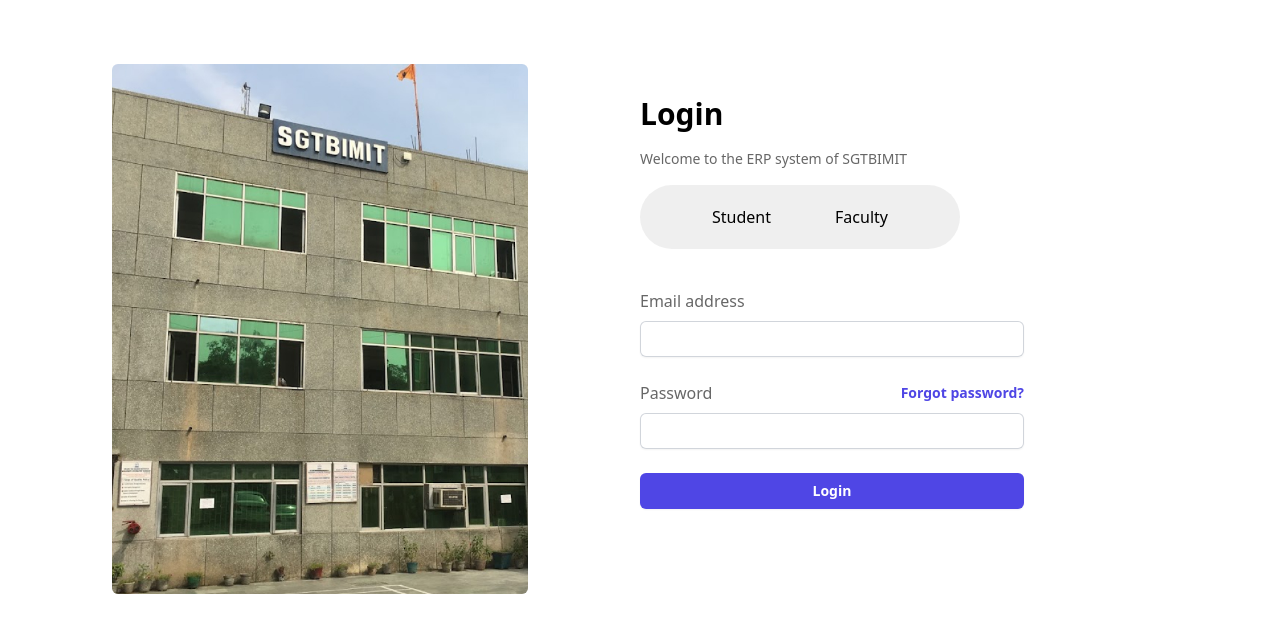
Repository: SehajBindra/SGTBIMIT-ERP-Client
Page: /StudentLogin
The author's editor kept a copy of each file at every save. The page is drawn from the files as they stood at one save, then again after the next save.
The browser window is 1280 px wide. The pictures show the whole page.
The project was rebuilt for these pictures with package versions that can differ from the ones it lists, and the page was loaded fresh each time. Also part of the build but not shown: src/LOGIN/Login.js, src/LOGIN/FACULTY/FacultyLogin.js, src/STUDENT_PAGE/StuBody.js, src/STUDENT_PAGE/StuSidebar.js, src/STUDENT_PAGE/StuHeader.js, src/STUDENT_PAGE/StudentHome.js, src/FACULTY_PAGE/FacBody.js, src/FACULTY_PAGE/FacHeader.js and 2 more.

Above is the page before, as saved 2023-05-14 16:03:26.

### src/App.js
import React from 'react';
import { BrowserRouter as Router, Routes, Route } from "react-router-dom";
import './App.css';
import Login from './LOGIN/Login';
import StudentLogin from './LOGIN/STUDENT/StudentLogin';
import FacultyLogin from './LOGIN/FACULTY/FacultyLogin';
import StuBody from './STUDENT_PAGE/StuBody';
import StudentHome from './STUDENT_PAGE/StudentHome';
import StuSidebar from './STUDENT_PAGE/StuSidebar';
import StuHeader from './STUDENT_PAGE/StuHeader';
import FacBody from './FACULTY_PAGE/FacBody';
import FacHeader from './FACULTY_PAGE/FacHeader';
import FacSidebar from './FACULTY_PAGE/FacSidebar';
import FacultyHome from './FACULTY_PAGE/FacultyHome';
function App() {
  return (
    <div className="App">
      <Router>
        <Routes>
        <Route exact path="/" element={<Login />}></Route>
        <Route exact path="StudentLogin" element={<StudentLogin/>}></Route>
        <Route exact path="FacultyLogin" element={<FacultyLogin/>}></Route>
        <Route exact path="StuBody" element={<StuBody/>}></Route>
        <Route exact path="StuSidebar" element={<StuSidebar/>}></Route>
        <Route exact path="StuHeader" element={<StuHeader/>}></Route>
        <Route exact path="StudentHome" element={<StudentHome/>}></Route>
        <Route exact path="FacBody" element={<FacBody/>}></Route>
        <Route exact path="FacHeader" element={<FacHeader/>}></Route>
        <Route exact path="FacSidebar" element={<FacSidebar/>}></Route>
        <Route exact path="FacultyHome" element={<FacultyHome/>}></Route>
        </Routes>
      </Router>
    </div>
  );
}

export default App;

### src/LOGIN/STUDENT/StudentLogin.js
import React, { useEffect, useState } from "react";
import VisibilityIcon from "@mui/icons-material/Visibility";
import VisibilityOffIcon from "@mui/icons-material/VisibilityOff";

const StudentLogin = () => {
  const [translate, setTranslate] = useState(false);
  const [username, setUsername] = useState("");
  const [password, setPassword] = useState("");
  const [showPassword, setShowPassword] = useState(false);
  const [loading] = useState(false);

  useEffect(() => {
    setTimeout(() => {
      setTranslate(true);
    }, 1000);
  }, []);

  return (
    <div className=" grid grid-cols-4 h-[530px] my-16 mx-auto max-w-7xl ">
      <div className=" col-span-2">
        <img
          className="hidden md:inline h-[530px] object-cover rounded-md"
          src="/sgtb.jpg"
          alt="banner_image"
        />
      </div>

      <div className="bg-white text-left  col-span-2 my-8">
        <h2 className="text-3xl  font-semibold">Login</h2>
        <p className="text-black/60 text-[14px] my-4">
          Welcome to the ERP system of SGTBIMIT
        </p>

        <div
          className="flex  flex-row items-center  justify-center h-16 text-[#
            1B449C] bg-[#EEEE] max-w-xs  space-x-16 capitalize text-[16px] rounded-[32px]"
        >
          <p>student</p>
          <p className="">faculty</p>
        </div>

        <div>
          <div className="mt-10 text-[16px]  sm:w-full sm:max-w-sm">
            <form className="space-y-6" action="#" method="POST">
              <div>
                <label className="block text-left  font-normal leading-6 text-black/60">
                  Email address
                </label>
                <div className="mt-2">
                  <input
                    id="email"
                    name="email"
                    type="email"
                    autoComplete="email"
                    required
                    className="block w-full rounded-md border-0 py-1.5 text-gray-900 shadow-sm ring-1 ring-inset ring-gray-300 placeholder:text-gray-400 focus:ring-2 focus:ring-inset focus:ring-indigo-600 sm:text-sm sm:leading-6"
                  />
                </div>
              </div>

              <div>
                <div className="flex items-center justify-between">
                  <label
                    htmlFor="password"
                    className="block  font-normal leading-6 text-black/60"
                  >
                    Password
                  </label>
                  <div className="text-sm">
                    <a
                      href="#"
                      className="font-semibold text-indigo-600 hover:text-indigo-500"
                    >
                      Forgot password?
                    </a>
                  </div>
                </div>
                <div className="mt-2">
                  <input
                    id="password"
                    name="password"
                    type="password"
                    autoComplete="current-password"
                    required
                    className="block w-full rounded-md border-0 py-1.5 text-gray-900 shadow-sm ring-1 ring-inset ring-gray-300 placeholder:text-gray-400 focus:ring-2 focus:ring-inset focus:ring-indigo-600 sm:text-sm sm:leading-6"
                  />
                </div>
              </div>

              <div>
                <button
                  type="submit"
                  className="flex w-full justify-center rounded-md bg-indigo-600 px-3 py-1.5 text-sm font-semibold leading-6 text-white shadow-sm hover:bg-indigo-500 focus-visible:outline focus-visible:outline-2 focus-visible:outline-offset-2 focus-visible:outline-indigo-600"
                >
                  Login
                </button>
              </div>
            </form>
          </div>
        </div>
      </div>
    </div>
  );
};

export default StudentLogin;

### src/LOGIN/Login.css
*{
    margin: 0;
    padding: 0;
}
.display{
    min-height: 100vh;
    width: 100%;
    background-image: url("back.jpg");
    background-repeat: no-repeat;
    background-size: cover;
    background-position: center;
    position: relative;

}

Loaded but not shown: public/index.html (common file); src/index.js (common file); src/index.css (common file); src/App.css (common file); tailwind.config.js (common file)

After the next save:
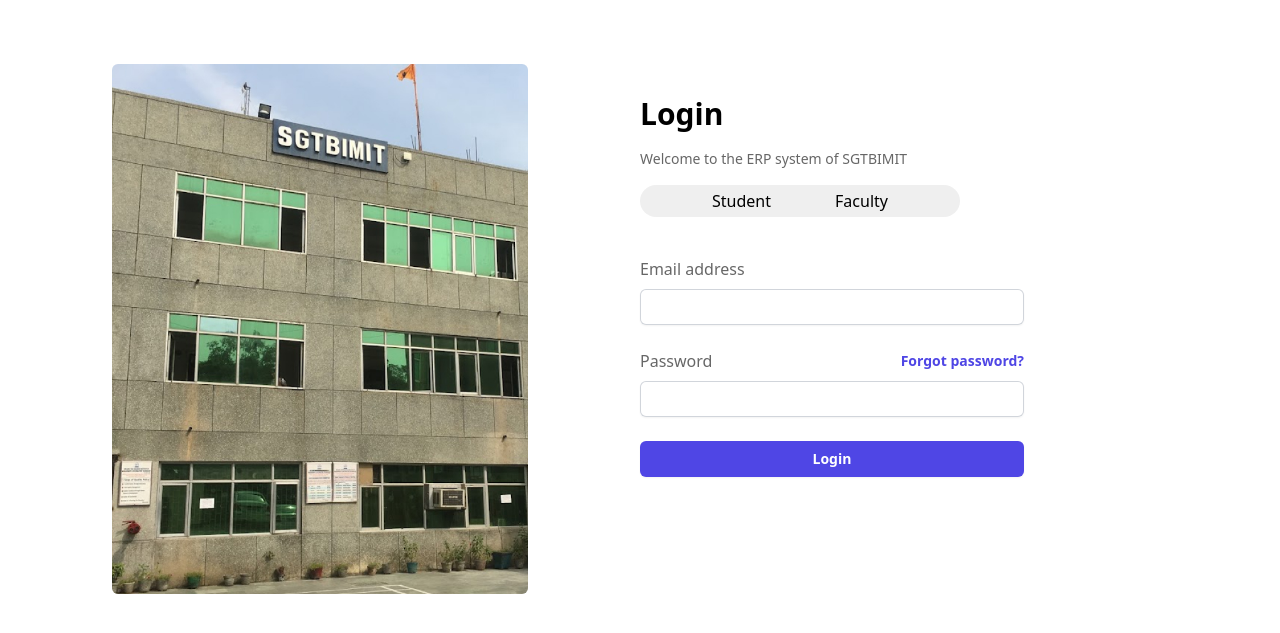
Saved 10 s later.
--- a/src/LOGIN/STUDENT/StudentLogin.js
+++ b/src/LOGIN/STUDENT/StudentLogin.js
@@ -32,7 +32,7 @@
         </p>
 
         <div
-          className="flex  flex-row items-center  justify-center h-16 text-[#
+          className="flex  flex-row items-center  justify-center h-8 text-[#
             1B449C] bg-[#EEEE] max-w-xs  space-x-16 capitalize text-[16px] rounded-[32px]"
         >
           <p>student</p>
